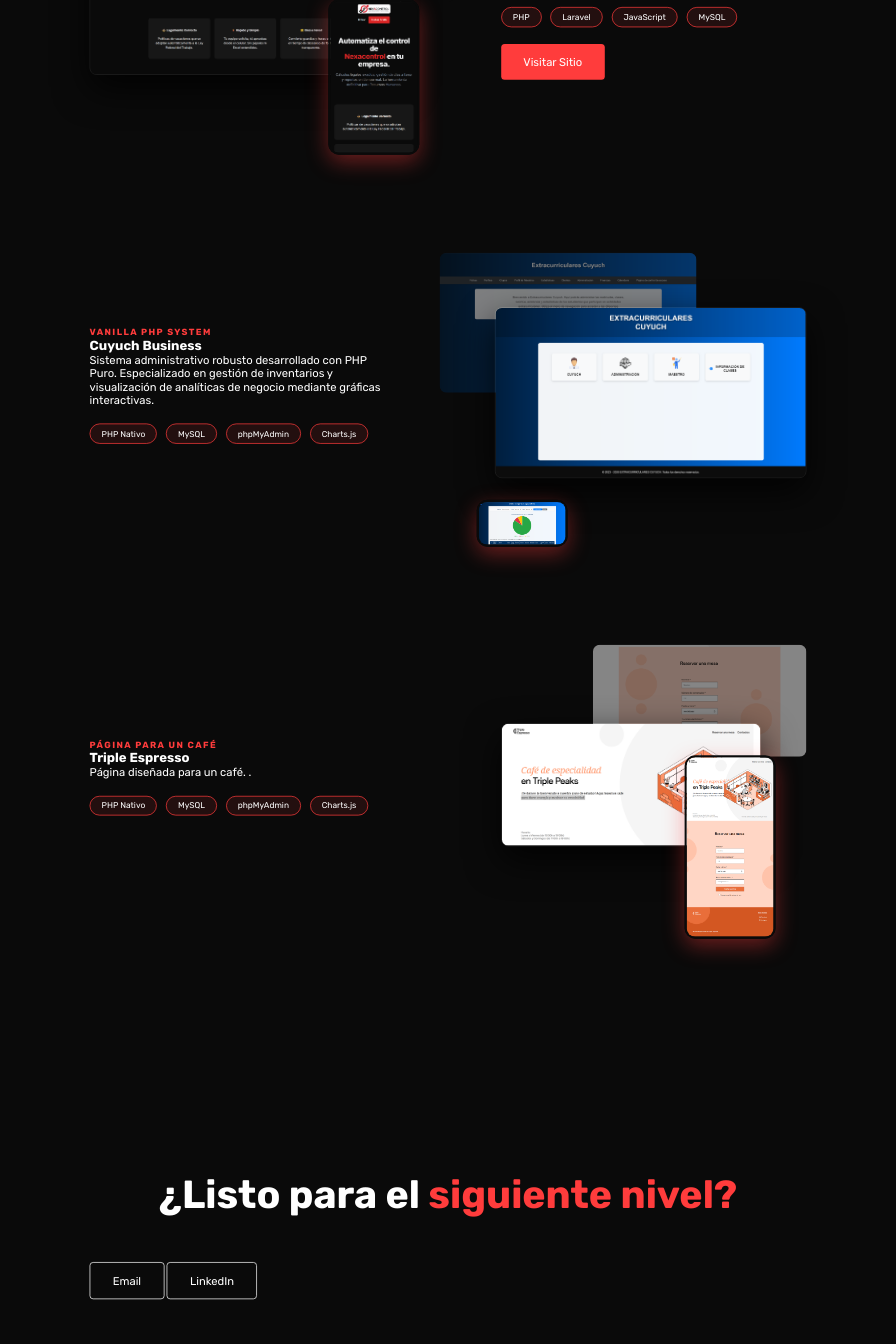
Repository: hercules830/Mi-portfolio-profesional
Page: index.html
An editor plug-in stored every save of this project. The page is shown before and after the next save, followed by the edit.
The browser window is 1280 px wide. The pictures show the part of the page from y = 1690 to 3610 px (the page is 3610 px tall), at 70% of full size.
Some web fonts or font styles are not loaded; a fallback is used.

Above is the page before, as saved 2026-05-30 19:55:00.

After the next save:
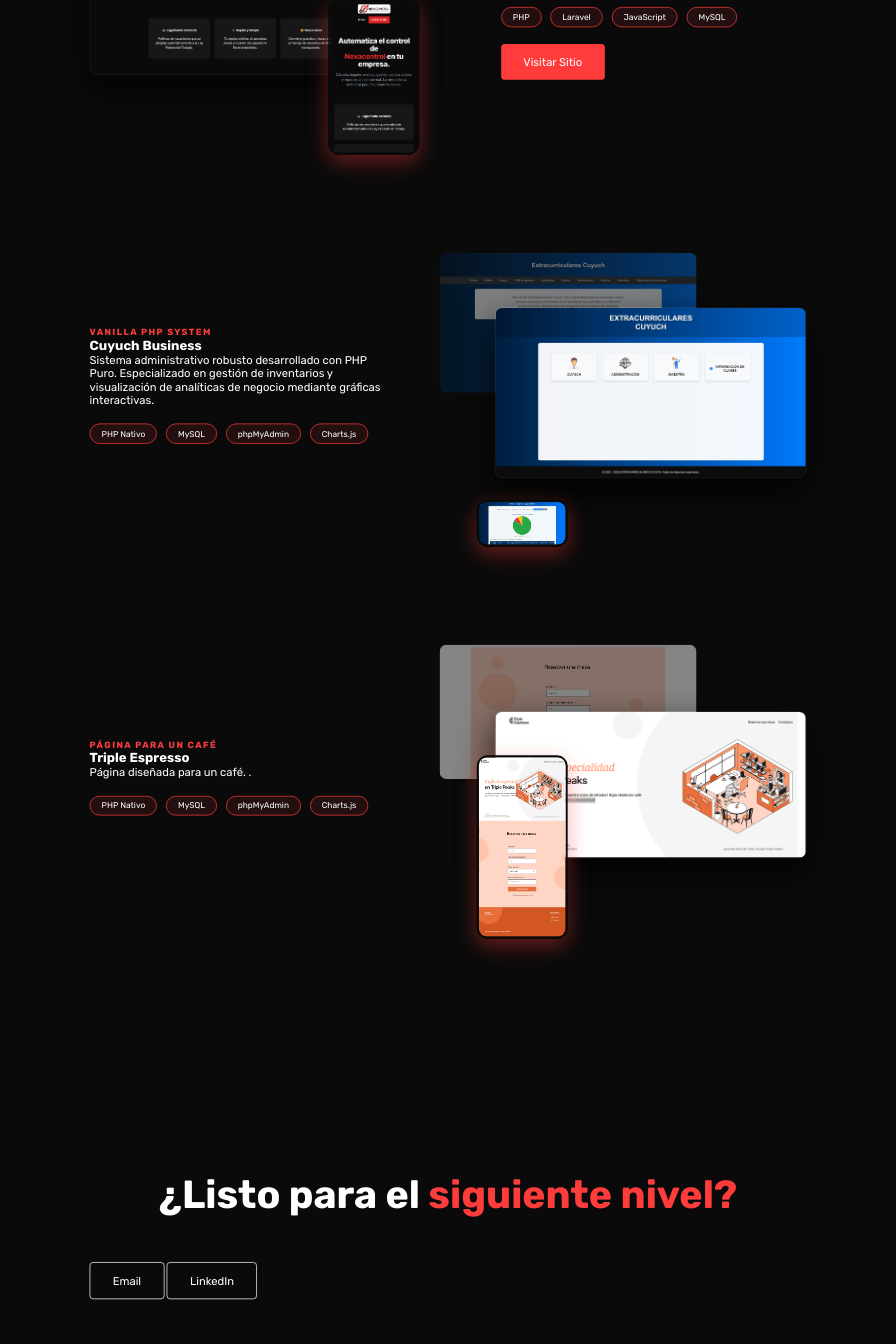
Saved 2 min 14 s later.
--- a/index.html
+++ b/index.html
@@ -134,7 +134,7 @@
       </div>
 
       <!-- PROYECTO 3: Triple Expresso (HTML, CSS) -->
-      <div class="featured-project">
+      <div class="featured-project reverse">
         <div class="featured-info">
           <span class="tag">Página para un Café</span>
           <h3>Triple Espresso</h3>

After the save that followed:
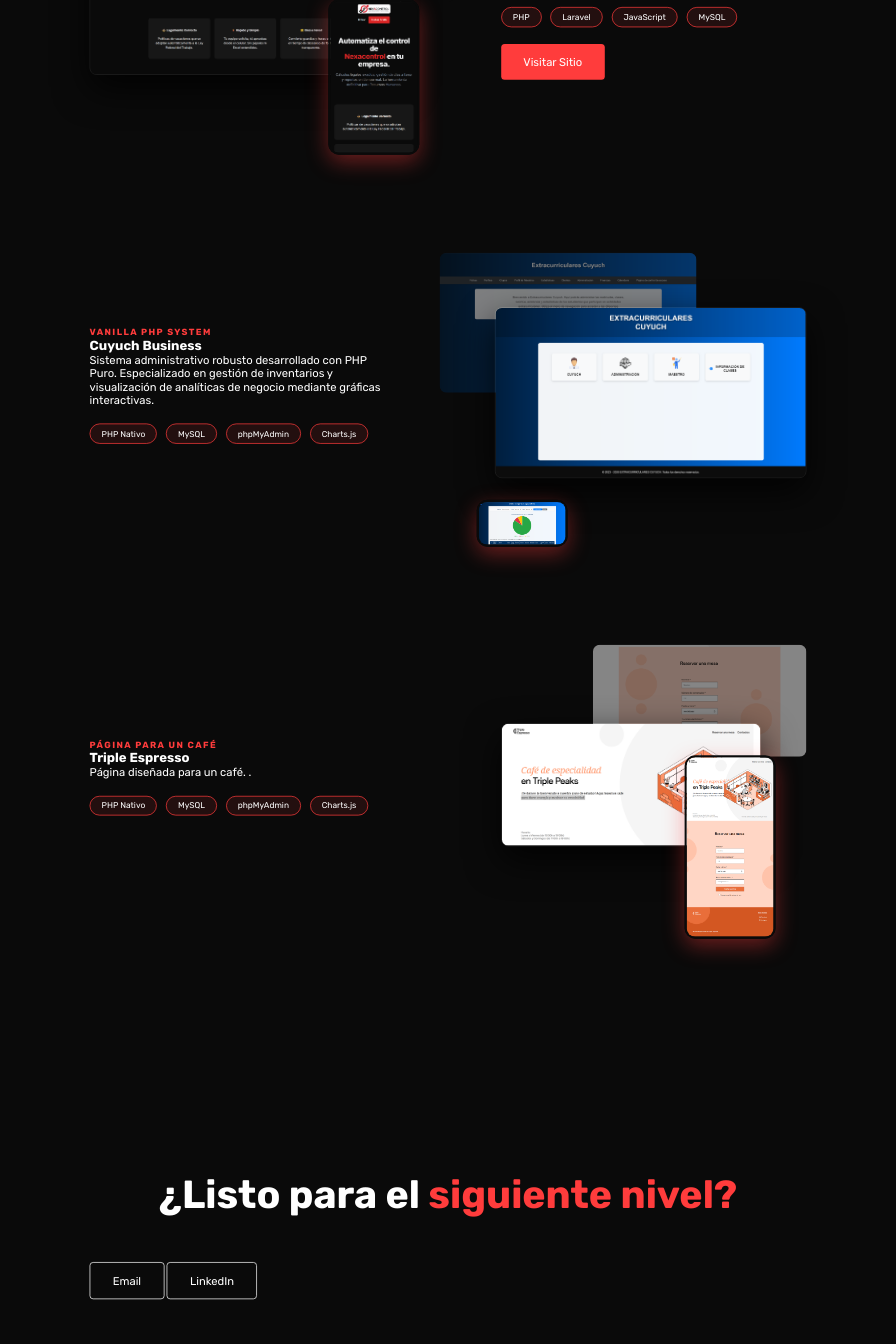
Saved 8 s later.
--- a/index.html
+++ b/index.html
@@ -134,7 +134,7 @@
       </div>
 
       <!-- PROYECTO 3: Triple Expresso (HTML, CSS) -->
-      <div class="featured-project reverse">
+      <div class="featured-project">
         <div class="featured-info">
           <span class="tag">Página para un Café</span>
           <h3>Triple Espresso</h3>
